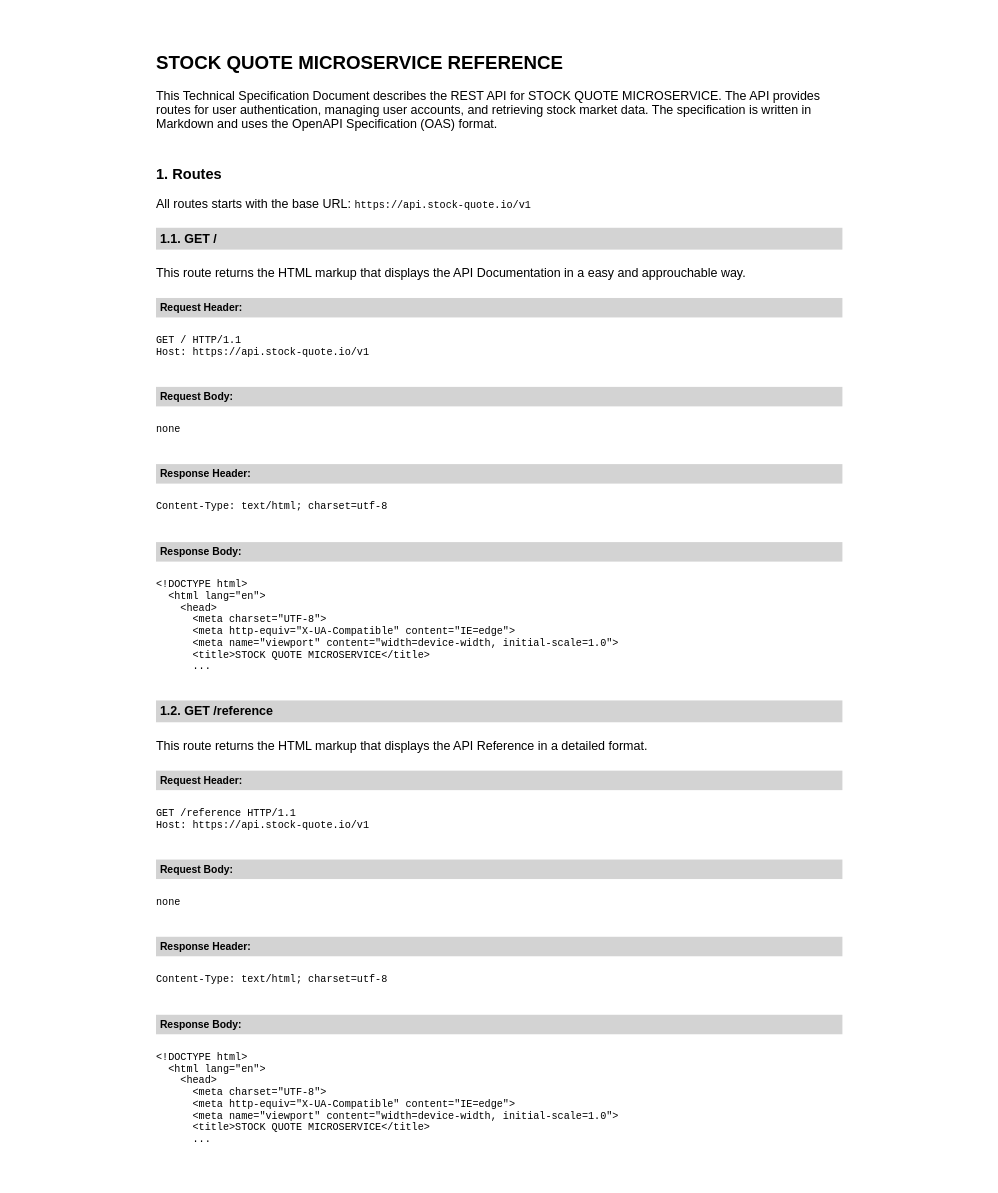
Repository: miguelamello/nest-js
Page: stock-service/reference.html
The author's editor kept a copy of each file at every save. The page is drawn from the files as they stood at one save, then again after the next save.
The browser window is 1280 px wide. The pictures show the whole page, at 78% of full size.

Above is the page before, as saved 2023-04-03 13:56:50.

After the next save:
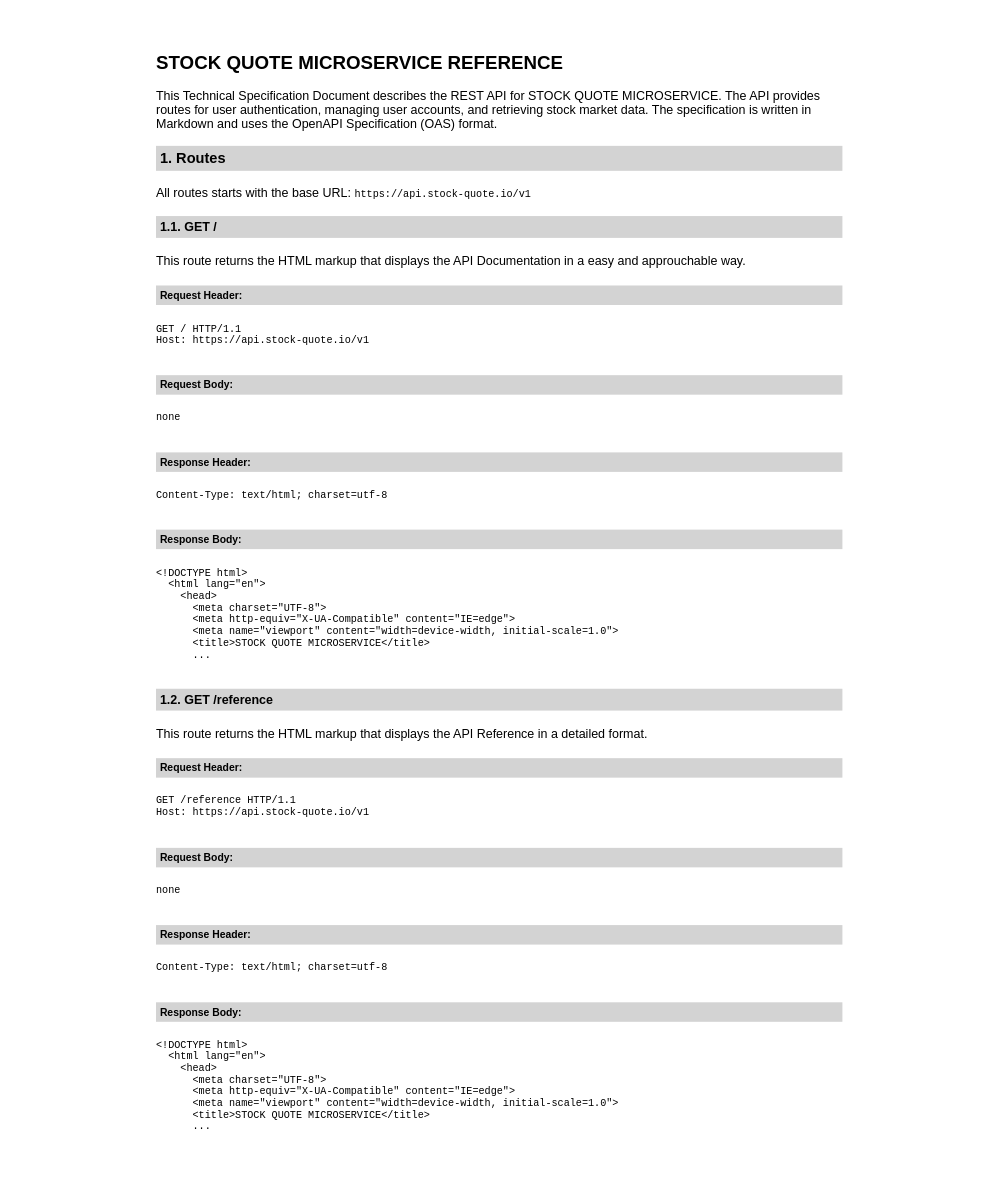
Saved 24 s later.
--- a/stock-service/reference.html
+++ b/stock-service/reference.html
@@ -11,7 +11,8 @@
       padding: 3% 15%;
     }
     h3 {
-      margin-top: 5%;
+      padding: 5px;
+      background-color: lightgrey;
     }
     H4 {
       padding: 5px;
